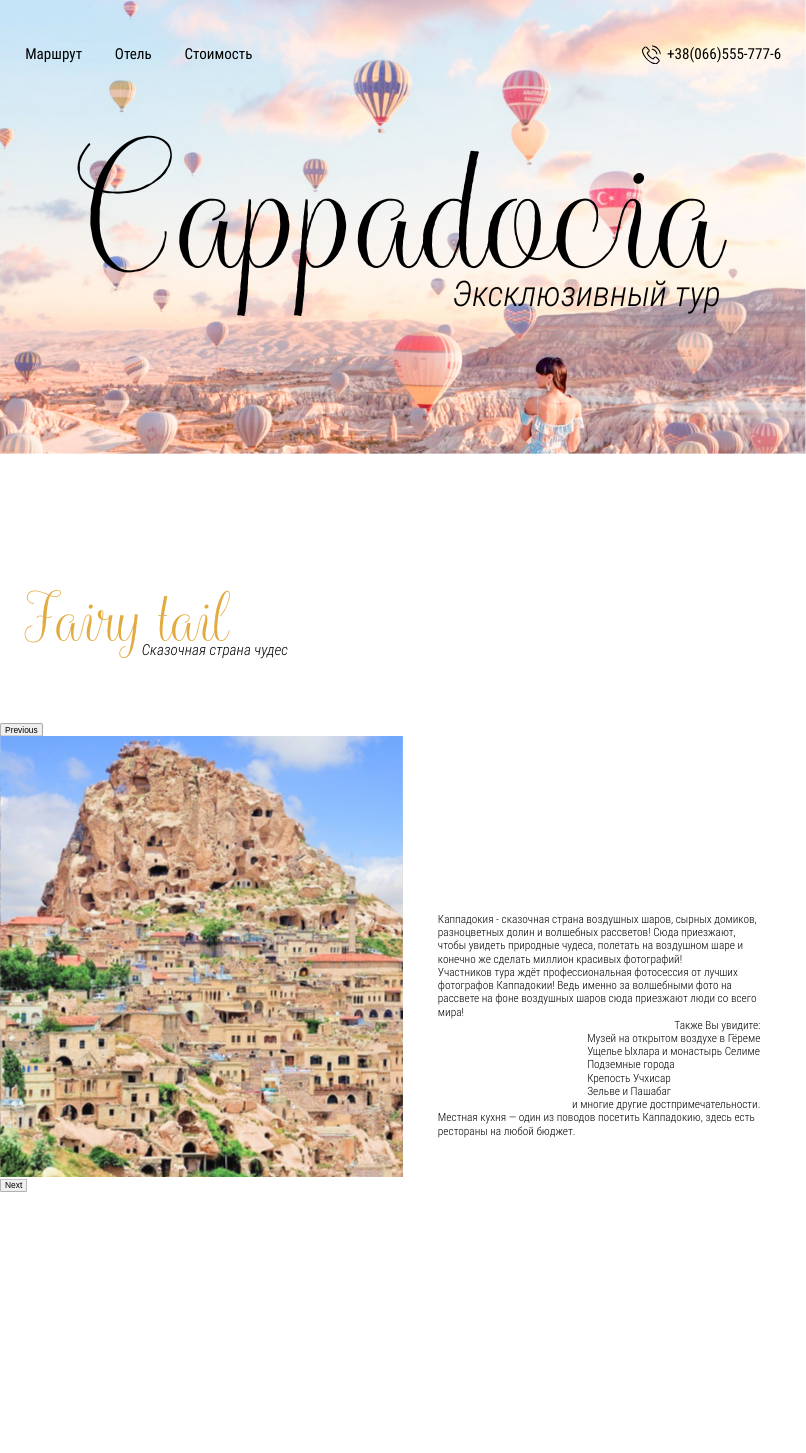
Repository: Lareeman/cappadocia
Page: index.html
These files come from the project's save history. The page is drawn as it stood at one moment and after a run of saves; the edit follows.
The browser window is 1280 px wide. The pictures show the whole page, at 63% of full size.

Above is the page before, as saved 2024-01-27 12:45:33.

### index.html
<!DOCTYPE html>
<html lang="en">

<head>
  <meta charset="UTF-8">
  <meta name="viewport" content="width=device-width, initial-scale=1.0">
  <meta http-equiv="X-UA-Compatible" content="ie=edge">
  <title>Cappadocia</title>
  <link rel="stylesheet" href="css/reset.css">
  <link rel="stylesheet" href="css/slick.css">
  <link rel="stylesheet" href="css/style.css">
</head>

<body>
  <header class="header">
    <div class="container">
      <div class="header__top">
        <nav class="menu">
          <ul class="menu__list">
            <li class="menu__item"><a class="menu__link" href="#">Маршрут</a></li>
            <li class="menu__item"><a class="menu__link" href="#">Отель</a></li>
            <li class="menu__item"><a class="menu__link" href="#">Стоимость</a></li>
          </ul>
        </nav>
        <a class="header__phone" href="tel:+380665557776">+38(066)555-777-6</a>
      </div>
      <h1 class="header__title">Cappadocia<span>Эксклюзивный тур</span></h1>
    </div>
  </header>
  <section class="fairy page-section">
    <div class="container">
      <h3 class="fairy__title title">Fairy tail
        <span>Сказочная страна чудес</span>
      </h3>
    </div>
    <div class="fairy__inner">
      <div class="fairy__slider">
        <div class="fairy__item"><img src="images/fairy-1.jpg" alt=""></div>
        <div class="fairy__item"><img src="images/fairy-2.jpg" alt=""></div>
        <div class="fairy__item"><img src="images/fairy-3.jpg" alt=""></div>
      </div>
      <div class="fairy__content">
        <div class="fairy__container">
          <div class="fairy__body">
            <p class="fairy__text">
              Каппадокия - сказочная страна воздушных шаров, сырных домиков, разноцветных долин и волшебных рассветов!
              Сюда приезжают, чтобы увидеть природные чудеса, полетать на воздушном шаре и конечно же сделать миллион красивых фотографий!
            </p>
            <p class="fairy__text">
              Участников тура ждёт профессиональная фотосессия от лучших фотографов Каппадокии!
              Ведь именно за волшебными фото на рассвете на фоне воздушных шаров сюда приезжают люди со всего мира!
            </p>
            <div class="fairy__body-title">
              Также Вы увидите:
            </div>
            <ul class="fairy__list">
              <li>Музей на открытом воздухе в Гёреме</li>
              <li>Ущелье Ыхлара и монастырь Селиме</li>
              <li>Подземные города</li>
              <li>Крепость Учхисар</li>
              <li>Зельве и Пашабаг</li>
            </ul>
            <p class="fairy__text">и многие другие достпримечательности.</p>
            <p class="fairy__text">Местная кухня — один из поводов посетить Каппадокию, здесь есть рестораны на любой бюджет.</p>
          </div>
        </div>
      </div>
    </div>
  </section>

  <script src="https://ajax.googleapis.com/ajax/libs/jquery/3.4.1/jquery.min.js"></script>
  <script src="js/slick.min.js"></script>
  <script src="js/main.js"></script>
</body>

</html>

### css/style.css
:root {
  --black: #000;
  --gold: #E2AB3F;
}

@font-face {
  font-family: 'Balqis';
  src: url('../fonts/balqis.woff2');
  src: url('../fonts/balqis.woff2') format('woff2'),
    url('../fonts/balqis.woff') format('woff');

  font-style: normal;
  font-weight: 300;
  font-display: swap;
}

@font-face {
  font-family: 'RobotoCondensed-Light';
  src: url('../fonts/RobotoCondensed-Light.woff2');
  src: url('../fonts/RobotoCondensed-Light.woff2') format('woff2'),
    url('../fonts/RobotoCondensed-Light.woff') format('woff');


  font-style: normal;
  font-weight: 300;
  font-display: swap;
}

@font-face {
  font-family: 'RobotoCondensed-LightItalic';
  src: url('../fonts/RobotoCondensed-LightItalic.woff2');
  src: url('../fonts/RobotoCondensed-LightItalic.woff2') format('woff2'),
    url('../fonts/RobotoCondensed-LightItalic.woff') format('woff');
  font-style: italic;
  font-weight: 300;
  font-display: swap;
}

@font-face {
  font-family: 'RobotoCondensed-Regular';
  src: url('../fonts/RobotoCondensed-Regular.woff2');
  src: url('../fonts/RobotoCondensed-Regular.woff2') format('woff2'),
    url('../fonts/RobotoCondensed-Regular.woff') format('woff');


  font-style: 400;
  font-weight: 300;
  font-display: swap;
}

html {
  box-sizing: border-box;
}

*,
*::before,
*::after {
  box-sizing: inherit;
}

a {
  text-decoration: none;
  color: inherit;
}

ul {
  list-style-type: none;
}

body {
  color: var(--black);
  font-family: 'RobotoCondensed-Light';
  font-size: 18px;
  font-style: normal;
  font-weight: 300;
  line-height: normal;
}

.header {
  background-image: url("../images/header-bg.jpg");
  background-size: cover;
  background-repeat: no-repeat;
  background-position: bottom center;
  min-height: 100vh;
  margin-bottom: 200px;
}

.container {
  max-width: 1230px;
  padding: 0 15px;
  margin: 0 auto;
}

.page-section {
  margin-bottom: 200px;
}

.title {
  color: var(--gold);
  font-family: Balqis;
  font-size: 96px;
  font-weight: 400;
  margin-bottom: 100px;
}

.title span {
  line-height: 28px;
  font-size: 24px;
  color: var(--black);
  font-family: 'RobotoCondensed-LightItalic';
  display: block;
  margin-top: -30px;
  margin-left: 185px;
}

.header__top {
  padding: 72px 0;
  display: flex;
  justify-content: space-between;
  align-items: center;
  font-size: 24px;
  font-weight: 400;
  font-family: 'RobotoCondensed-Regular';
}

.menu__list {
  display: flex;
  gap: 0 52px;
}

.menu__link {
  transition: all .6s;
}

.menu__link:hover {
  text-decoration: underline;
  /* border-bottom: 1px solid var(--black); */
}

.header__title {
  text-align: center;
  color: var(--black);
  font-family: "Balqis", serif;
  font-size: 250px;
  font-weight: 400;
}

.header__title span {
  text-align: right;
  margin-top: -6%;
  margin-right: 8%;
  display: block;
  font-family: 'RobotoCondensed-LightItalic';
  font-size: 56px;
  font-style: italic;
  font-weight: 300;
}

.header__phone {
  padding-left: 40px;
  position: relative;
}

.header__phone::before {
  content: "";
  position: absolute;
  width: 30px;
  height: 30px;
  left: 0;
  background-image: url('../images/phone-icon.svg');
}

.fairy {}


.fairy__title {}

.fairy__inner {
  display: flex;
  gap: 0 55px;
}

.fairy__slider {
  width: 50%;
}

.fairy__item {}

.fairy__content {
  width: 40%;
}

.fairy__container {}

.fairy__body {
  min-height: 960px;
  display: flex;
  flex-direction: column;
  justify-content: center;
  align-items: flex-end;

}

.fairy__text {}

.fairy__body-title {}

.fairy__list {}

### js/main.js
$(function () {
    $('.fairy__slider').slick({
        slidesToShow: 1,
        slidesToScroll: 1,
        autoplay: true,
        autoplaySpeed: 2000,


    });
});

Loaded but not shown: css/reset.css (common file); css/slick.css (common file); js/slick.min.js (library)

After the next 2 saves:
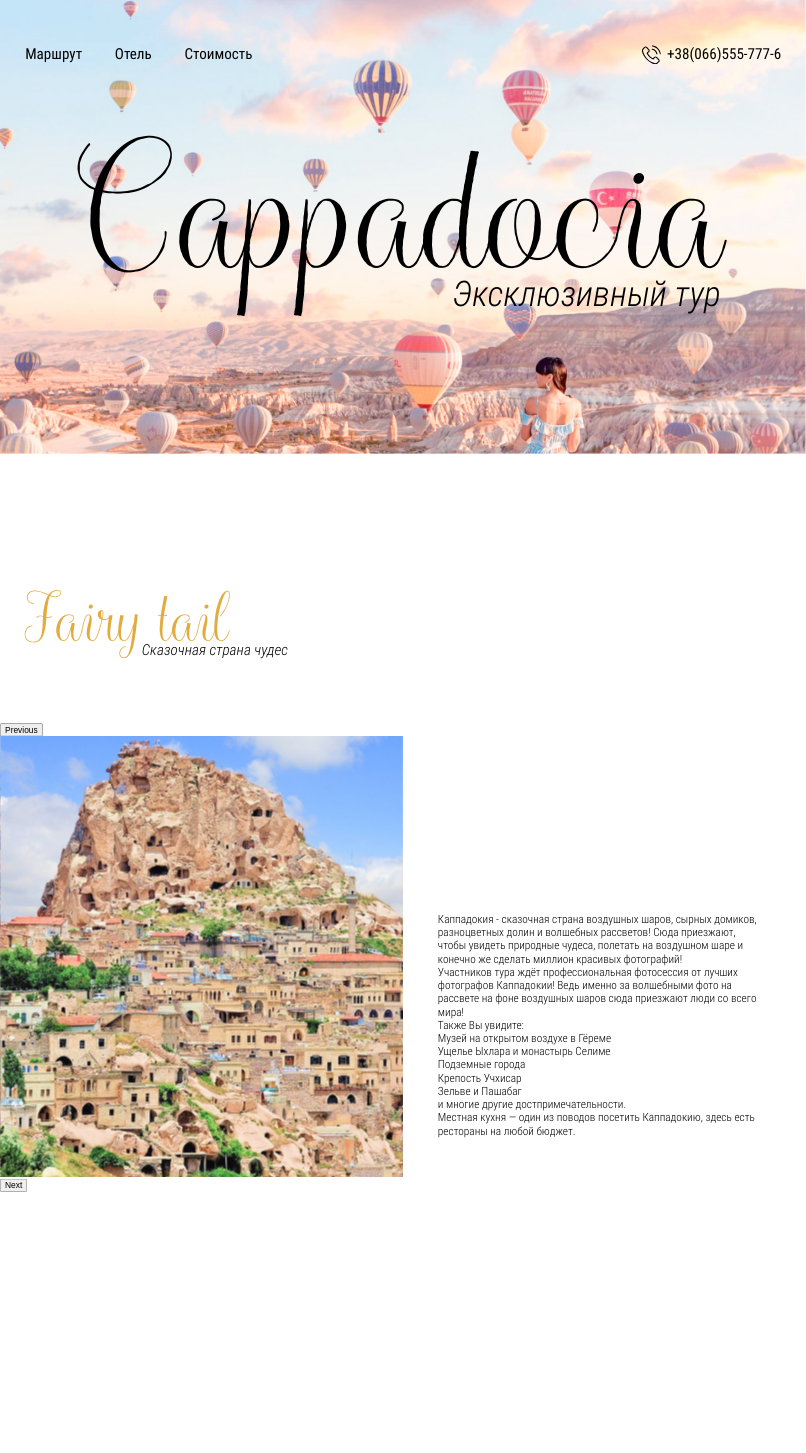
The 2 saves are shown as one change because they came seconds apart.
The last was saved 8 s later.
--- a/css/style.css
+++ b/css/style.css
@@ -197,7 +197,7 @@ body {
   display: flex;
   flex-direction: column;
   justify-content: center;
-  align-items: flex-end;
+  align-items: flex-start;
 
 }
 
